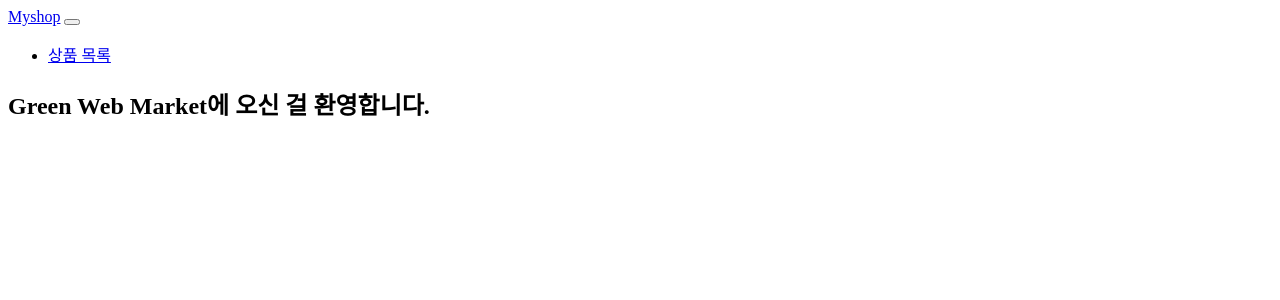
Repository: Yunkieun/jspworks
Page: http://localhost/Market/
The author's editor kept a copy of each file at every save. The page is drawn from the files as they stood at one save, then again after the next save.
The browser window is 1280 px wide. The pictures show the whole page.
The page is served by Tomcat 9. Nobody is signed in. The application's start-up code is not run.

Above is the page before, as saved 2023-07-19 08:44:05.

After the next save:
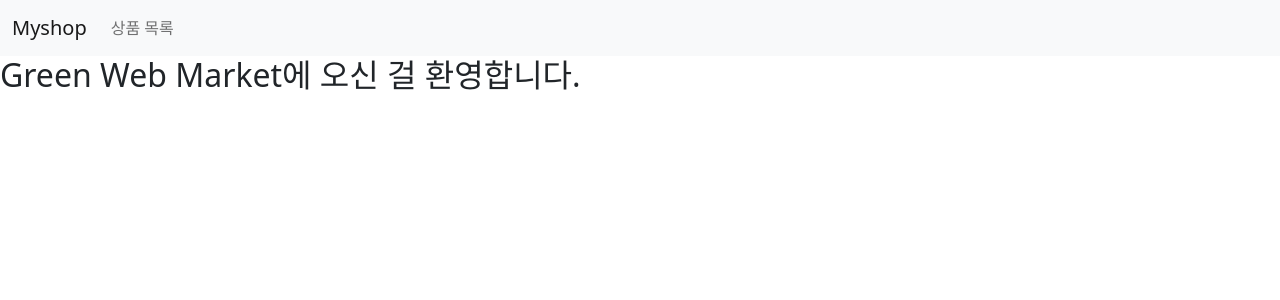
Saved 54 s later.
--- a/Market/src/main/webapp/index.jsp
+++ b/Market/src/main/webapp/index.jsp
@@ -5,6 +5,7 @@
 <head>
 <meta charset="UTF-8">
 <title>Welcome~</title>
+<link rel="stylesheet" href="resources/css/bootstrap.css">
 </head>
 <body>
 	<jsp:include page="header.jsp" />
